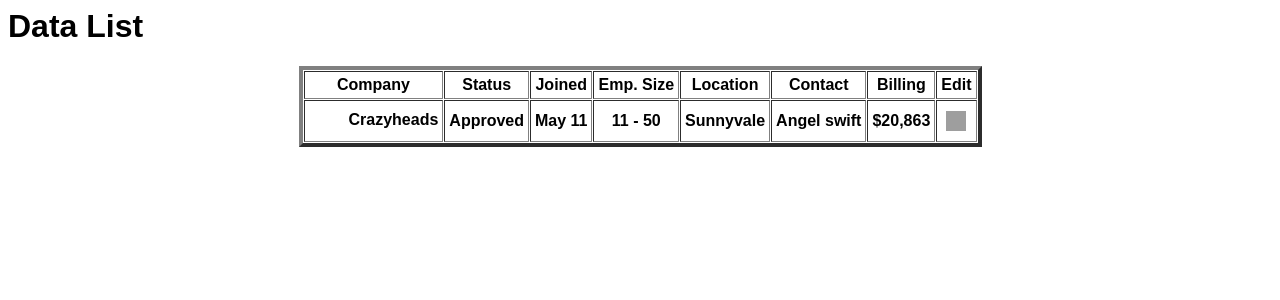
Repository: AdityaTech-Pro/FullStackWithBridgelabz
Page: Assignment2/Data_List/index.html
An editor plug-in stored every save of this project. The page is shown before and after the next save, followed by the edit.
The browser window is 1280 px wide. The pictures show the whole page.
Pictures or frames that could not be fetched are drawn as grey boxes.

Above is the page before, as saved 2025-10-15 09:41:27.

### Assignment2/Data_List/index.html
<html>

<head>
    <style>
        body {
            font-family: Arial, Helvetica, sans-serif;
        }

        .center {
            margin-left: auto;
            margin-right: auto;
        }
        /* small icon class for action images */

        .icon {
            width: 20px;
            height: 20px;
            vertical-align: middle;
        }
        /* circular avatar placeholder that can contain an image */

        .avatar {
            display: inline-block;
            width: 32px;
            height: 32px;
            border-radius: 50%;
            background: whitegray;
            margin-right: 8px;
            vertical-align: middle;
            overflow: hidden;
        }

        .avatar img {
            width: 100%;
            height: 100%;
            object-fit: cover;
            display: block;
        }
    </style>
</head>
<title>
    <h2>Welcome to My Web Page</h2>
</title>

<body>
    <table border="4" cellspacing="1" cellpadding="4" class="center">
        <h1 class="center">Data List</h1>
        <tr>
            <th>Company</th>
            <th>Status</th>
            <th>Joined</th>
            <th>Emp. Size</th>
            <th>Location</th>
            <th>Contact</th>
            <th>Billing</th>
            <th>Edit</th>
        </tr>

        <tr>
            <th><span class="avatar" id="avatar-crazyheads" title="Add logo"></span>Crazyheads</th>
            <th>Approved</th>
            <th>May 11</th>
            <th>11 - 50</th>
            <th>Sunnyvale</th>
            <th>Angel swift</th>
            <th>$20,863</th>
            <th>
                <img class="icon" src="https://www.svgrepo.com/show/325130/edit-pencil.svg" alt="Edit">
            </th>
        </tr>
    </table>

</body>

</html>

After the next save:
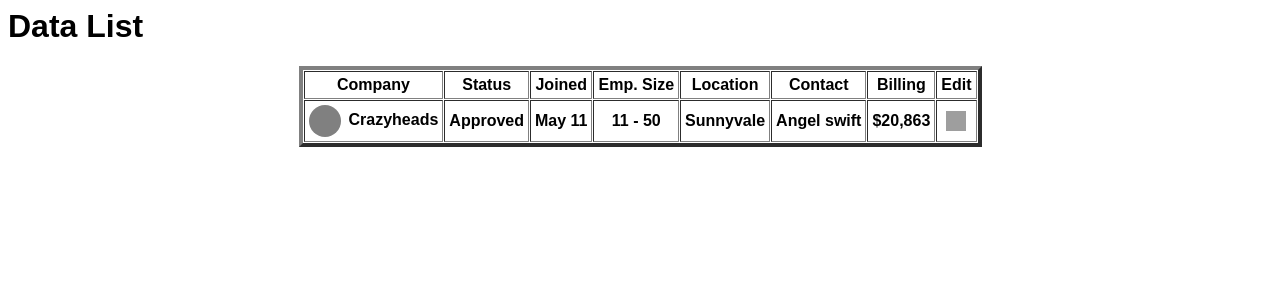
Saved 14 s later.
--- a/Assignment2/Data_List/index.html
+++ b/Assignment2/Data_List/index.html
@@ -24,7 +24,7 @@
             width: 32px;
             height: 32px;
             border-radius: 50%;
-            background: whitegray;
+            background: gray;
             margin-right: 8px;
             vertical-align: middle;
             overflow: hidden;

After the 3 saves that followed:
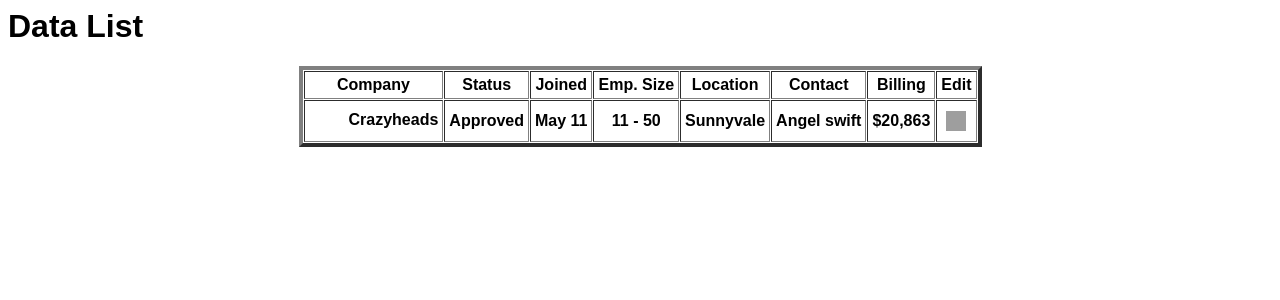
The 3 saves are shown as one change because they came seconds apart.
The last was saved 10 s later.
--- a/Assignment2/Data_List/index.html
+++ b/Assignment2/Data_List/index.html
@@ -24,7 +24,7 @@
             width: 32px;
             height: 32px;
             border-radius: 50%;
-            background: gray;
+            background: Gr;
             margin-right: 8px;
             vertical-align: middle;
             overflow: hidden;
